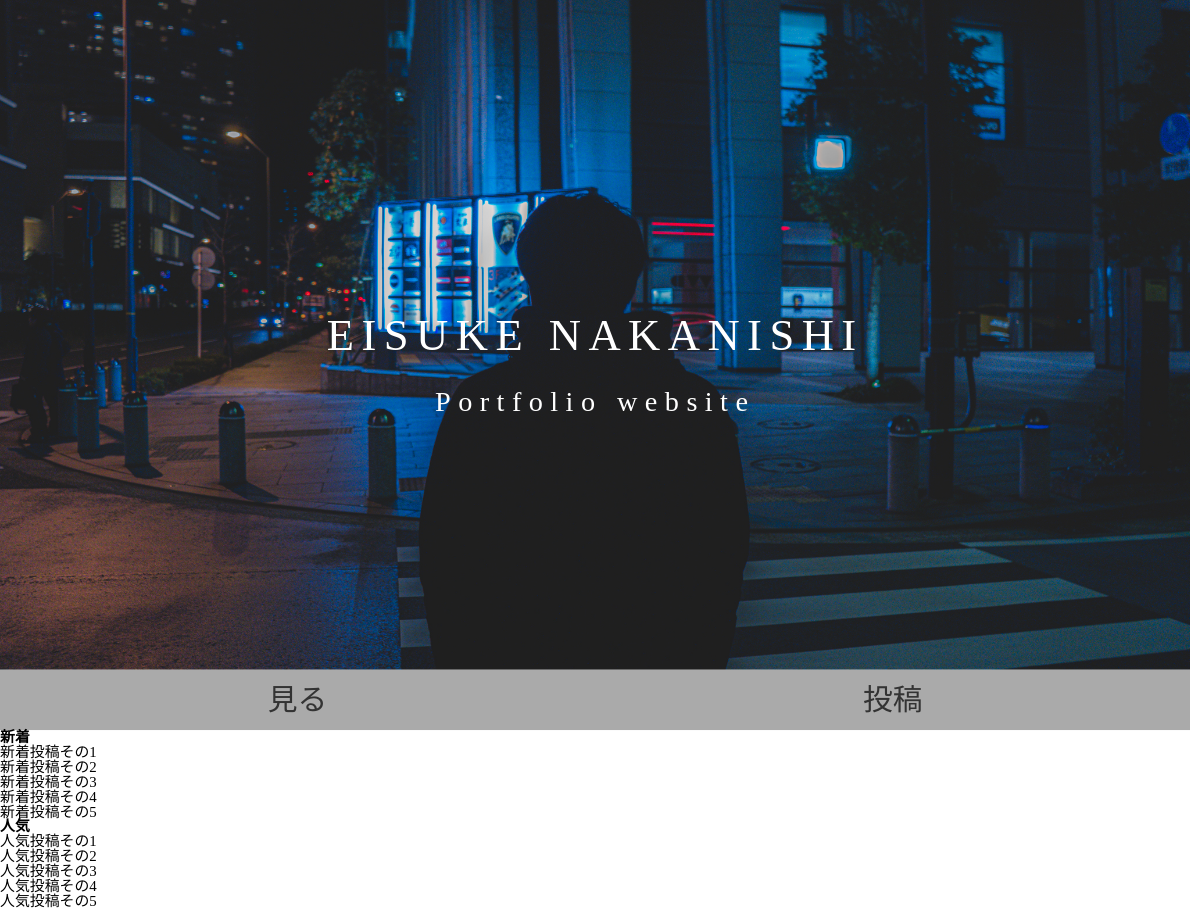
Repository: KustomApe/LandorusInc
Page: index.html
The author's editor kept a copy of each file at every save. The page is drawn from the files as they stood at one save, then again after the next save.
The browser window is 1280 px wide. The pictures show the whole page, at 93% of full size.

Above is the page before, as saved 2021-07-24 13:11:25.

### index.html
<!DOCTYPE html>
<html lang="ja">
<head>
    <meta charset="UTF-8">
    <meta http-equiv="X-UA-Compatible" content="IE=edge">
    <meta name="viewport" content="width=device-width, initial-scale=1.0">
    <title>掲示板</title>
    <link rel="stylesheet" href="./assets/css/html5doctor.css">
    <link rel="stylesheet" href="./assets/css/style.css">
</head>
<body>
<div id="wrap">
    <div id="main_img">
        <h1>EISUKE NAKANISHI</h1>
        <h2>Portfolio website</h2>
    </div>
    <div class="contents">
        <ul id="main_btn">
            <li>見る</li>
            <li>投稿</li>
        </ul>
        <h2>新着</h2>
        <ul>
            <li>新着投稿その1</li>
            <li>新着投稿その2</li>
            <li>新着投稿その3</li>
            <li>新着投稿その4</li>
            <li>新着投稿その5</li>
        </ul>
        <h2>人気</h2>
        <ul>
            <li>人気投稿その1</li>
            <li>人気投稿その2</li>
            <li>人気投稿その3</li>
            <li>人気投稿その4</li>
            <li>人気投稿その5</li>
        </ul>
    </div>
</div>
</body>
</html>

### assets/css/html5doctor.css
html, body, div, span, object, iframe,
h1, h2, h3, h4, h5, h6, p, blockquote, pre,
abbr, address, cite, code,
del, dfn, em, img, ins, kbd, q, samp,
small, strong, sub, sup, var,
b, i,
dl, dt, dd, ol, ul, li,
fieldset, form, label, legend,
table, caption, tbody, tfoot, thead, tr, th, td,
article, aside, canvas, details, figcaption, figure,
footer, header, hgroup, menu, nav, section, summary,
time, mark, audio, video {
    margin:0;
    padding:0;
    border:0;
    outline:0;
    font-size:100%;
    vertical-align:baseline;
    background:transparent;
}

body {
    line-height:1;
}

article,aside,details,figcaption,figure,
footer,header,hgroup,menu,nav,section {
    display:block;
}

nav ul {
    list-style:none;
}

blockquote, q {
    quotes:none;
}

blockquote:before, blockquote:after,
q:before, q:after {
    content:'';
    content:none;
}

a {
    margin:0;
    padding:0;
    font-size:100%;
    vertical-align:baseline;
    background:transparent;
}

/* change colours to suit your needs */
ins {
    background-color:#ff9;
    color:#000;
    text-decoration:none;
}

/* change colours to suit your needs */
mark {
    background-color:#ff9;
    color:#000;
    font-style:italic;
    font-weight:bold;
}

del {
    text-decoration: line-through;
}

abbr[title], dfn[title] {
    border-bottom:1px dotted;
    cursor:help;
}

table {
    border-collapse:collapse;
    border-spacing:0;
}

/* change border colour to suit your needs */
hr {
    display:block;
    height:1px;
    border:0;
    border-top:1px solid #cccccc;
    margin:1em 0;
    padding:0;
}

input, select {
    vertical-align:middle;
}

### assets/css/style.css
@charset "utf-8";

body {
    width: 100%;
    max-width: 1920px;
}

div#main_img {
    position: relative;
    display: block;
    width: 100%;
    height: 100vh;
    background: url('../img/main.jpg');
    background-size: cover;
}

div#main_img h1 {
    position: absolute;
    top: 50%;
    left: 50%;
    transform: translate(-50%, -50%);
    -webkit-transform: translate(-50%, -50%);
    -ms-transform: translate(-50%, -50%);
    color: #fff;
    font-size: 3rem;
    font-weight: lighter;
    letter-spacing: 0.5rem;
}

div#main_img h2 {
    position: absolute;
    top: 60%;
    left: 50%;
    transform: translate(-50%, -50%);
    -webkit-transform: translate(-50%, -50%);
    -ms-transform: translate(-50%, -50%);
    color: #fff;
    font-size: 1.9rem;
    font-weight: lighter;
    letter-spacing: 0.5rem;
}

div.contents {
    width: 100%;
}

div.contents ul#main_btn {
    list-style: none;
    display: flex;
    width: 100%;
    height: 9vh;
    background: #aaa;
}

div.contents ul#main_btn li {
    display: block;
    width: 100%;
    height: 5vh;
    line-height: 5vh;
    margin: 0 auto;
    padding: 2vh 0;
    font-size: 2rem;
    color: #333;
    text-align: center;
}

After the next save:
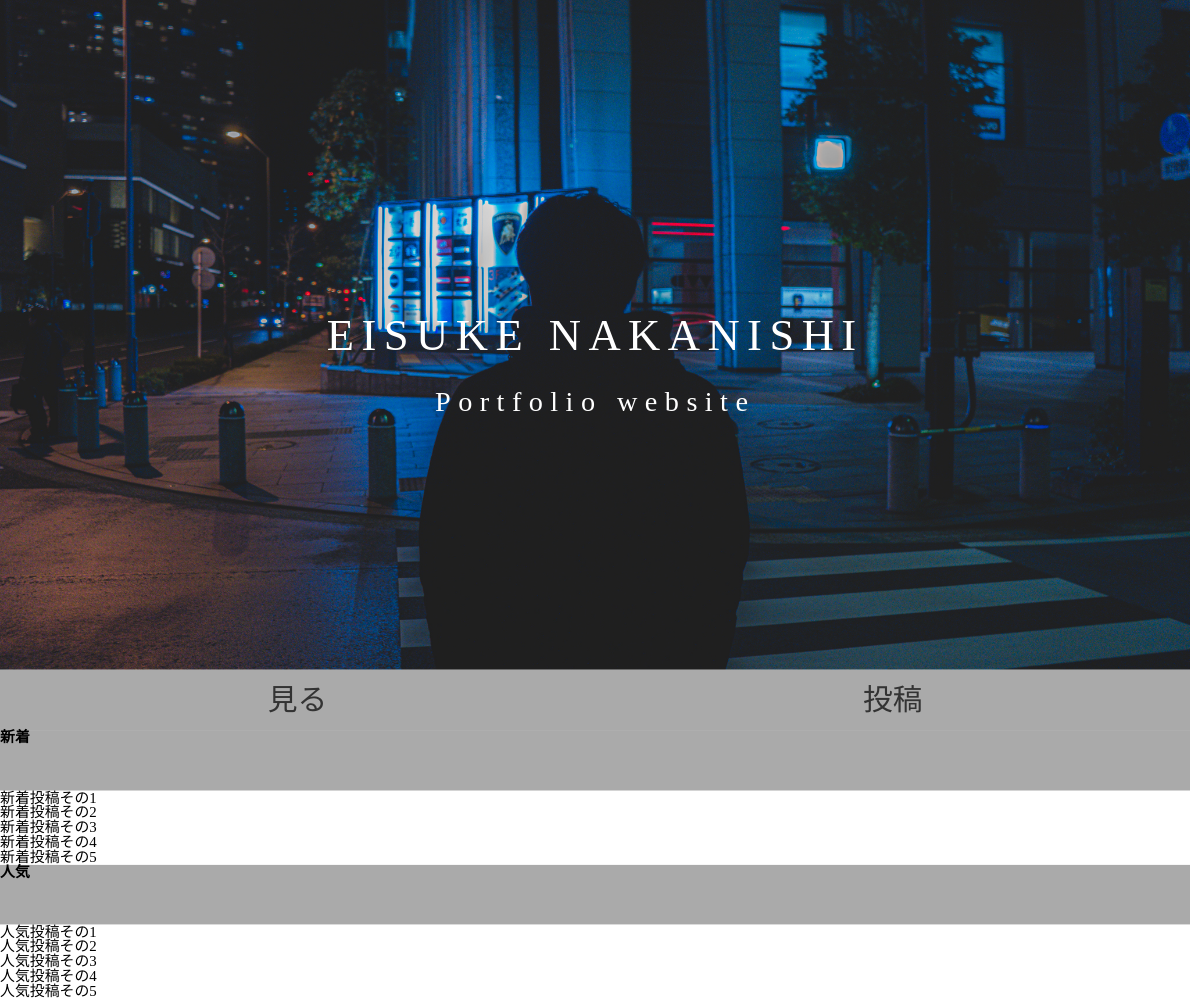
Saved 10 s later.
--- a/assets/css/style.css
+++ b/assets/css/style.css
@@ -63,3 +63,11 @@ div.contents ul#main_btn li {
     color: #333;
     text-align: center;
 }
+
+div.contents h2 {
+    list-style: none;
+    display: flex;
+    width: 100%;
+    height: 9vh;
+    background: #aaa;
+}

After the save that followed:
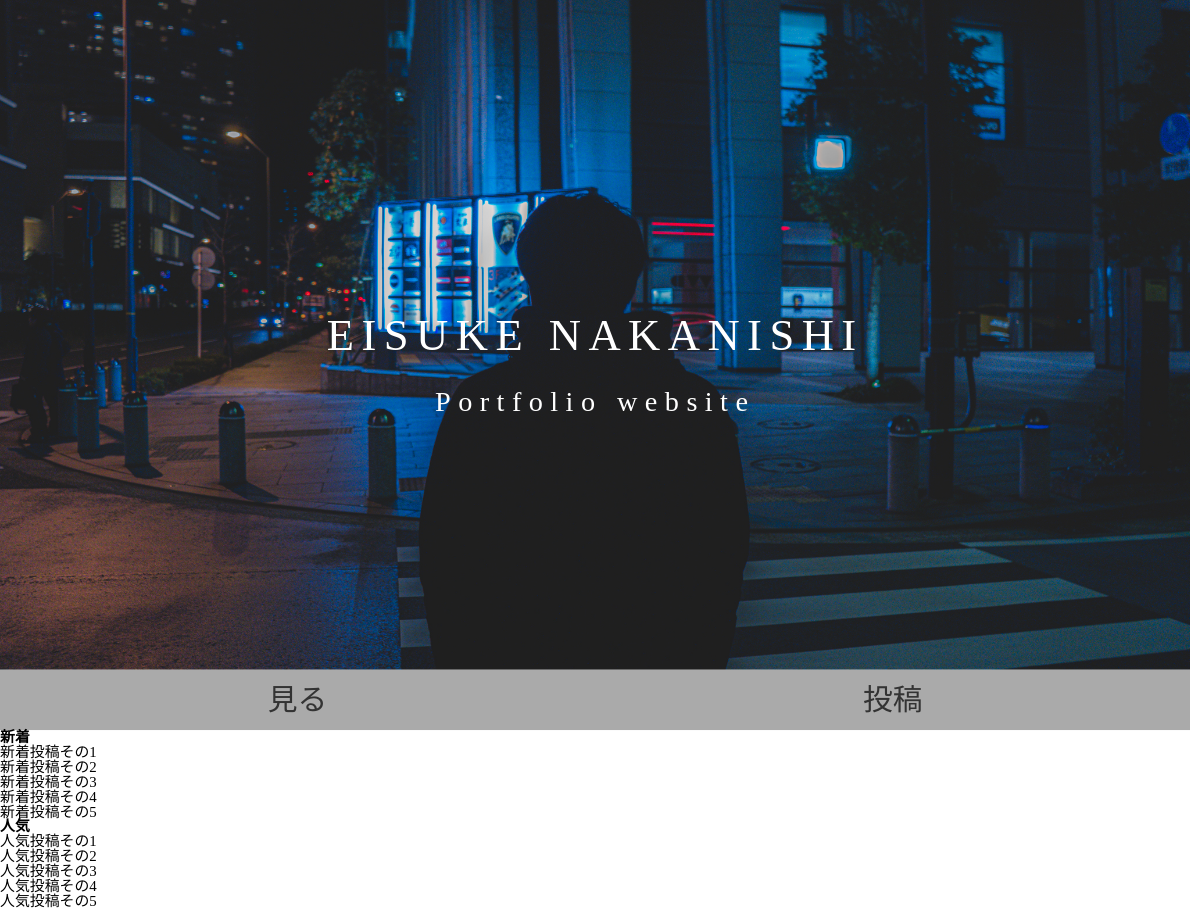
Saved 4 s later.
--- a/assets/css/style.css
+++ b/assets/css/style.css
@@ -65,9 +65,4 @@ div.contents ul#main_btn li {
 }
 
 div.contents h2 {
-    list-style: none;
-    display: flex;
-    width: 100%;
-    height: 9vh;
-    background: #aaa;
 }
